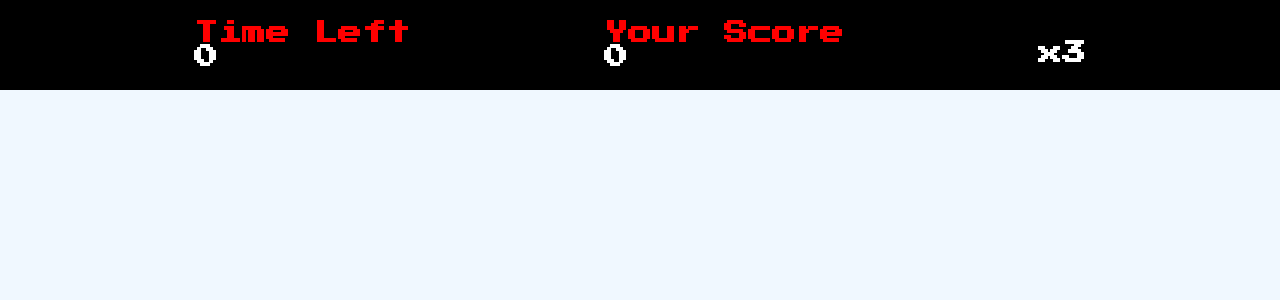
Repository: saulobeltrame/jogo-corinthians
Page: index.html
These files come from the project's save history. The page is drawn as it stood at one moment and after the next save; the edit follows.
The browser window is 1280 px wide. The pictures show the whole page.
Some web fonts or font styles are not loaded; a fallback is used.

Above is the page before, as saved 2024-11-20 17:12:51.

### index.html
<!-- confg -->
<!DOCTYPE html>
<html lang="pt-br">

<head>
    <meta charset="UTF-8">
    <meta name="viewport" content="width=device-width, initial-scale=1.0">
    <title>Detona Ralph</title>
    <!-- fonts -->
    <link rel="preconnect" href="https://fonts.googleapis.com">
    <link rel="preconnect" href="https://fonts.gstatic.com" crossorigin>
    <link
        href="https://fonts.googleapis.com/css2?family=Cabin:ital,wght@0,400..700;1,400..700&family=Notable&family=Press+Start+2P&family=Raleway:ital,wght@0,100..900;1,100..900&display=swap"
        rel="stylesheet">
    <!-- styles -->
    <link rel="stylesheet" href="./src/styles/reset.css">
    <link rel="stylesheet" href="./src/styles/main.css">
</head>

<body>

    <div class="container">
        <div class="menu">
            <div class="menu-time">
                <h2 style="color: red;">Time Left</h2>
                <h2>0</h2>
            </div>
            <div class="menu-score">
                <h2 style="color: red;">Your Score</h2>
                <h2>0</h2>

            </div>
            <div class="menu-lives">
                <img src="" >
                <h2>x3</h2>
            </div>

        </div>

        <div class="panel">
            <div class="panel-row">
                <div class="square" id="1"></div>
                <div class="square" id="2"></div>
                <div class="square" id="3"></div>
            </div>
            <div class="panel-row">
                <div class="square" id="4"></div>
                <div class="square" id="5"></div>
                <div class="square" id="6"></div>
            </div>
            <div class="panel-row">
                <div class="square" id="7"></div>
                <div class="square" id="8"></div>
                <div class="square" id="9"></div>
            </div>
        </div>

    </div>


    <script defer src="./src/scripts/engine.js"></script>
</body>

</html>

### src/styles/reset.css
*{
    margin:0%;
    padding: 0%;
    box-sizing: border-box;
    /*font-family: "Bebas Neue" , sans-serif;*/
    font-family: "Press Start 2P", cursive;
}

### src/styles/main.css
body{
    background-color: aliceblue;
}
.container{
    display:flex;
}
.menu{
    display: flex;
    justify-content: space-evenly;
    align-items: center;

    height: 90px;
    width: 100%;
    background-color: #000000;
    color:white
}
.panel{

}

### src/scripts/engine.js
alert("hello word")

After the next save:
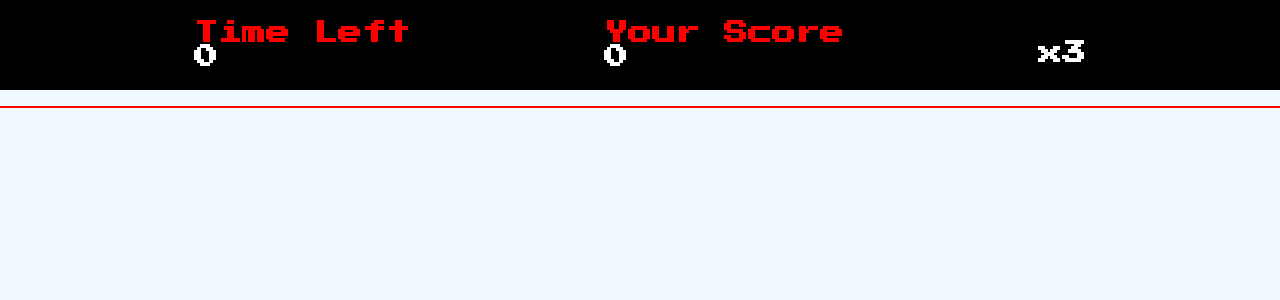
Saved 2 min 44 s later.
--- a/src/styles/main.css
+++ b/src/styles/main.css
@@ -3,6 +3,8 @@
 }
 .container{
     display:flex;
+    flex-direction: column;
+    height: 100%;
 }
 .menu{
     display: flex;
@@ -15,5 +17,9 @@
     color:white
 }
 .panel{
-
+    display: flex;
+    align-items: center;
+    justify-content: center;
+    border: 1px solid red;
+    margin-top: 1rem;
 }
